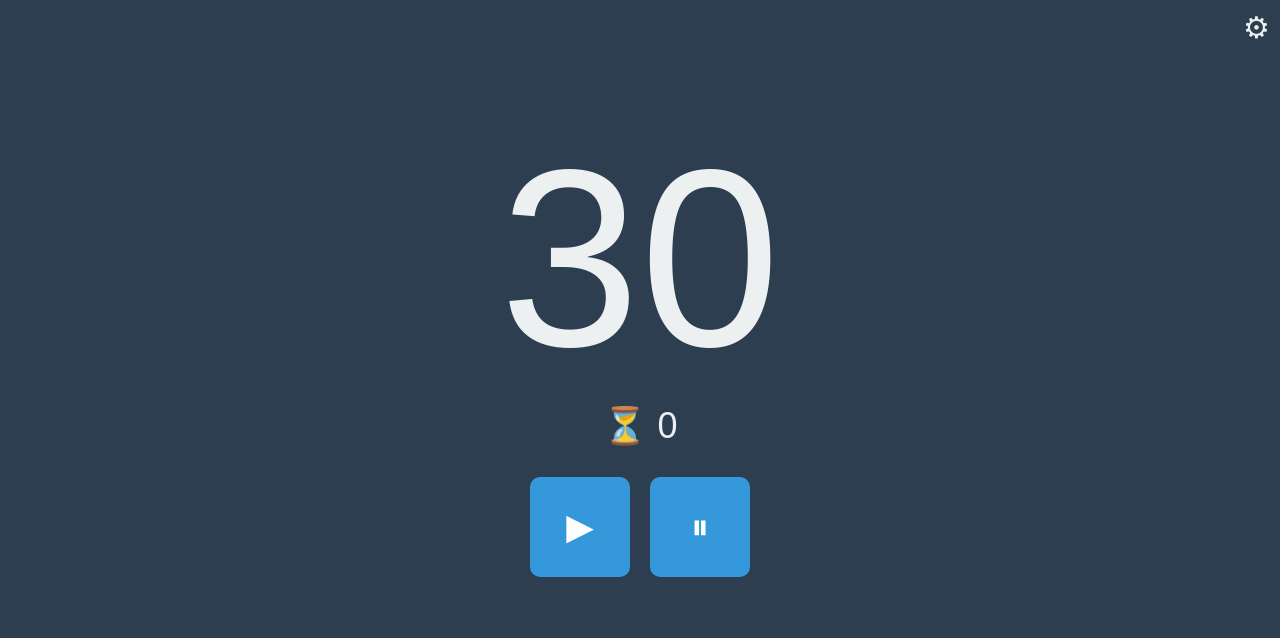
Repository: STnaidoo/poker-shot-clock
Page: index.html
An editor plug-in stored every save of this project. The page is shown before and after the next save, followed by the edit.
The browser window is 1280 px wide. The pictures show the whole page.

Above is the page before, as saved 2024-10-31 16:18:17.

### index.html
<!DOCTYPE html>
<html>
<head>
    <title>Poker Shot Clock</title>
    <style>
        body {
            position: relative;
            font-family: Arial, sans-serif;
            display: flex;
            flex-direction: column;
            justify-content: center;
            align-items: center;
            background-color: #2c3e50;
            color: #ecf0f1;
            margin: 0;
            padding: 0;
            transition: background-color 0.5s;
            text-align: center;
            height: 100vh; /* Ensure full viewport height */
        }

        #settingsIcon {
            position: absolute;
            top: 10px;
            right: 10px;
            font-size: 30px;
            cursor: pointer;
        }

        #timerContainer {
            position: relative;
            cursor: pointer;
            user-select: none;
        }

        #timer {
            font-size: 35vh;
            line-height: 1;
            margin: 0;
            color: #ecf0f1;
            transition: color 0.3s;
        }

        #restartHint {
            position: absolute;
            bottom: -40px;
            left: 50%;
            transform: translateX(-50%);
            font-size: 3vh;
            color: #bdc3c7;
            display: none;
        }

        #timerContainer:hover #timer {
            color: #f1c40f;
        }

        #timerContainer:hover #restartHint {
            display: block;
        }

        #timeBanks {
            font-size: 5vh;
            margin-top: 20px;
            display: flex;
            align-items: center;
            justify-content: center;
        }

        #timeBanksIcon {
            font-size: 5vh;
            margin-right: 10px;
        }

        #buttons {
            margin-top: 20px;
            display: flex;
            justify-content: center;
        }

        .button {
            font-size: 5vh;
            width: 100px;
            height: 100px;
            margin: 10px;
            background-color: #3498db;
            border: none;
            color: #fff;
            cursor: pointer;
            border-radius: 10px;
            display: flex;
            align-items: center;
            justify-content: center;
        }

        .button:active {
            background-color: #2980b9;
        }
    </style>
</head>
<body>

    <div id="settingsIcon">⚙</div>

    <div id="timerContainer">
        <div id="timer">30</div>
        <div id="restartHint">Tap to Restart</div>
    </div>

    <div id="timeBanks">
        <div id="timeBanksIcon">⏳</div>
        <div id="timeBanksText">0</div>
    </div>

    <div id="buttons">
        <button id="startButton" class="button">▶</button>
        <button id="pauseButton" class="button">⏸</button>
    </div>

    <script>
        var timerDisplay = document.getElementById('timer');
        var timeBanksText = document.getElementById('timeBanksText');
        var startButton = document.getElementById('startButton');
        var pauseButton = document.getElementById('pauseButton');
        var settingsIcon = document.getElementById('settingsIcon');
        var restartHint = document.getElementById('restartHint');
        var timerContainer = document.getElementById('timerContainer');

        var timeLeft;
        var initialTime;
        var timerId;
        var isRunning = false;
        var timeBanksOwed = 0;

        // Load the timer duration from localStorage or use default
        if (localStorage.getItem('timerDuration')) {
            initialTime = parseInt(localStorage.getItem('timerDuration'));
        } else {
            initialTime = 30; // default value
        }
        timeLeft = initialTime;
        timerDisplay.textContent = timeLeft;

        startButton.addEventListener('click', function() {
            if (!isRunning) {
                timerId = setInterval(countdown, 1000);
                isRunning = true;
                restartHint.style.display = 'none';
            }
        });

        pauseButton.addEventListener('click', function() {
            if (isRunning) {
                clearInterval(timerId);
                document.body.style.backgroundColor = '#2c3e50'; // Reset background color
                isRunning = false;
            }
        });

        timerContainer.addEventListener('click', resetTimer);

        settingsIcon.addEventListener('click', function() {
            window.location.href = 'settings.html';
        });

        function countdown() {
            // Decrement timeLeft
            timeLeft--;

            if (timeLeft >= 0) {
                timerDisplay.textContent = timeLeft;
            }

            if (timeLeft <= 5 && timeLeft >= 0) {
                // Flash red on the second
                document.body.style.backgroundColor = '#e74c3c'; // Flash red
                playTick();

                // Return to original color after half a second
                setTimeout(function() {
                    document.body.style.backgroundColor = '#2c3e50'; // Original color
                }, 500);
            } else {
                // Ensure background color is set to default if not flashing
                document.body.style.backgroundColor = '#2c3e50';
            }

            if (timeLeft < 0) {
                // Time has expired
                timeBanksOwed++;
                updateTimeBanksDisplay();
                playBeep();

                // Reset timer
                timeLeft = initialTime;
                timerDisplay.textContent = timeLeft;
                document.body.style.backgroundColor = '#2c3e50';
            }
        }

        function playBeep() {
            var context = new (window.AudioContext || window.webkitAudioContext)();
            var oscillator = context.createOscillator();
            var gainNode = context.createGain();

            oscillator.type = "triangle";
            oscillator.frequency.setValueAtTime(260, context.currentTime); // Slightly higher frequency

            gainNode.gain.setValueAtTime(1, context.currentTime);
            gainNode.gain.exponentialRampToValueAtTime(0.001, context.currentTime + 0.5); // Smooth fade out

            oscillator.connect(gainNode);
            gainNode.connect(context.destination);

            oscillator.start();
            oscillator.stop(context.currentTime + 0.5); // Longer duration
        }

        function playTick() {
            var context = new (window.AudioContext || window.webkitAudioContext)();
            var oscillator = context.createOscillator();
            oscillator.type = "square";
            oscillator.frequency.setValueAtTime(880, context.currentTime); // Higher frequency for tick
            oscillator.connect(context.destination);
            oscillator.start();
            oscillator.stop(context.currentTime + 0.05); // Tick duration in seconds
        }

        function playRestartSound() {
            var context = new (window.AudioContext || window.webkitAudioContext)();

            // Create a buffer with white noise
            var bufferSize = context.sampleRate * 0.03; // 30ms duration
            var buffer = context.createBuffer(1, bufferSize, context.sampleRate);
            var data = buffer.getChannelData(0);

            for (var i = 0; i < bufferSize; i++) {
                data[i] = (Math.random() * 2 - 1) * Math.pow(1 - i / bufferSize, 2); // Exponential decay
            }

            // First noise burst
            var noise1 = context.createBufferSource();
            noise1.buffer = buffer;
            noise1.connect(context.destination);
            noise1.start(context.currentTime);

            // Second noise burst, shortly after the first
            var noise2 = context.createBufferSource();
            noise2.buffer = buffer;
            noise2.connect(context.destination);
            noise2.start(context.currentTime + 0.2); // 100 milliseconds later
        }

        function resetTimer() {
            clearInterval(timerId);
            timeLeft = initialTime;
            timerDisplay.textContent = timeLeft;
            document.body.style.backgroundColor = '#2c3e50'; // Reset background color
            playRestartSound(); // Play restart sound
            isRunning = true;
            timerId = setInterval(countdown, 1000);
            restartHint.style.display = 'none';

            // Reset time banks owed to zero
            timeBanksOwed = 0;
            updateTimeBanksDisplay();
        }

        function updateTimeBanksDisplay() {
            timeBanksText.textContent = timeBanksOwed;
        }
    </script>

</body>
</html>

After the next save:
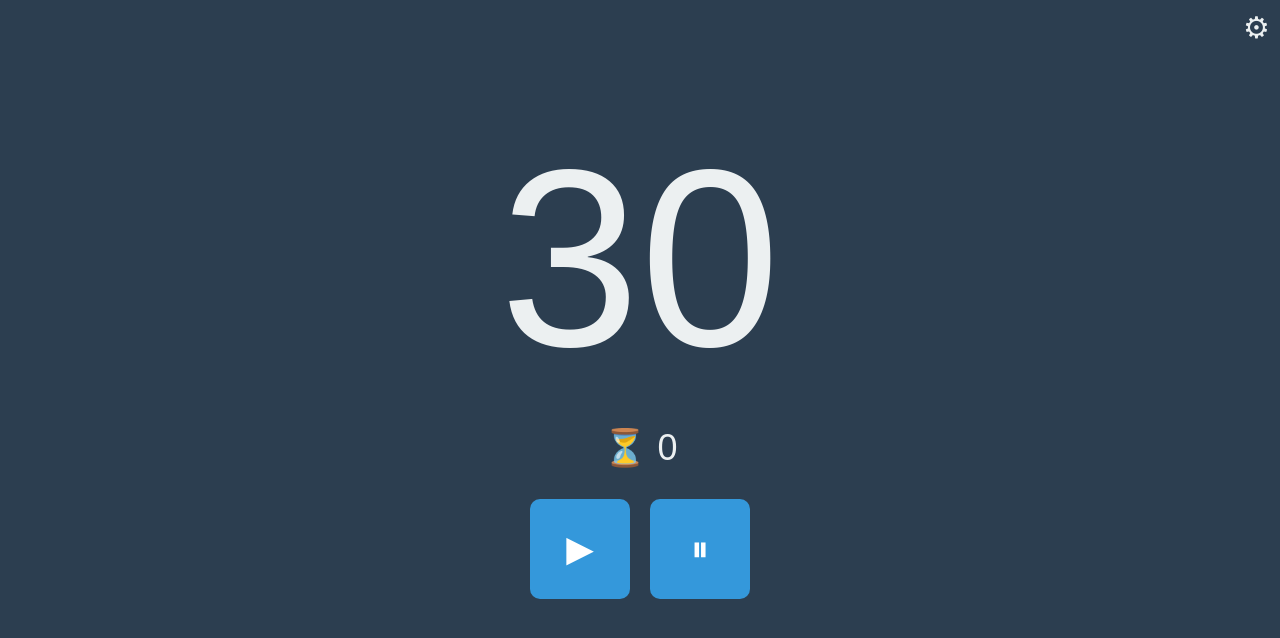
Saved 2 min 31 s later.
--- a/index.html
+++ b/index.html
@@ -31,6 +31,16 @@
             position: relative;
             cursor: pointer;
             user-select: none;
+            padding: 20px; /* Increased padding for larger clickable area */
+            border-radius: 15px; /* Rounded corners */
+            border: 2px solid transparent; /* Subtle border */
+            transition: border-color 0.3s, background-color 0.3s;
+            display: inline-block;
+        }
+
+        #timerContainer:hover {
+            border-color: #f1c40f; /* Highlight border on hover */
+            background-color: rgba(241, 196, 15, 0.1); /* Subtle background highlight */
         }
 
         #timer {
@@ -248,7 +258,7 @@
             var noise2 = context.createBufferSource();
             noise2.buffer = buffer;
             noise2.connect(context.destination);
-            noise2.start(context.currentTime + 0.2); // 100 milliseconds later
+            noise2.start(context.currentTime + 0.2); // 200 milliseconds later
         }
 
         function resetTimer() {
